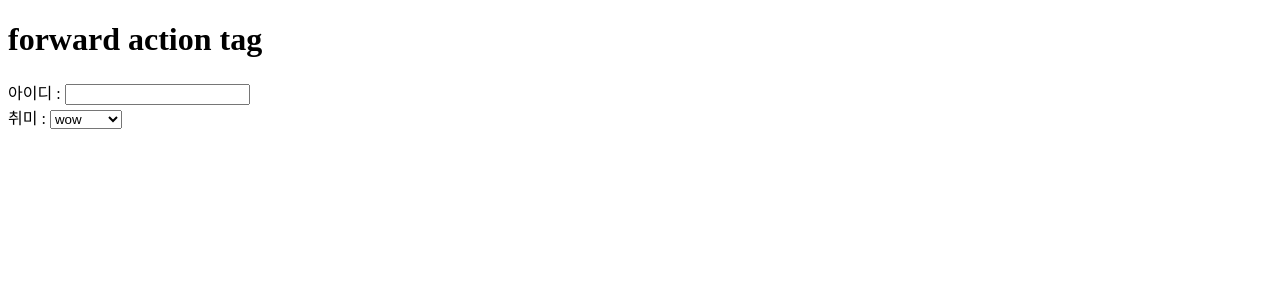
Repository: dongkeyyyy/java
Page: http://localhost/actiontag319/forwardTestForm.jsp
The author's editor kept a copy of each file at every save. The page is drawn from the files as they stood at one save, then again after the next save.
The browser window is 1280 px wide. The pictures show the whole page.
The page is served by Tomcat 9.

Above is the page before, as saved 2021-03-19 01:39:19.

### 0318~0319/Java/actiontag319/WebContent/forwardTestForm.jsp
<%@ page language="java" contentType="text/html; charset=UTF-8"
    pageEncoding="UTF-8"%>
<!DOCTYPE html>
<html>
<head>
<meta charset="UTF-8">
<title>Insert title here</title>
</head>
<body>
	<h1>forward action tag</h1>

	<form method="post" action="forwardTest.jsp"></form>
	아이디 : <input type="text" name="id"><br>
	취미 :
	<select name="hobby">
		<option value="wow">wow</option>
		<option value="만화보기">만화보기</option>
		<option value="게임하기">게임하기</option>
	</select>
</body>
</html>

After the next save:
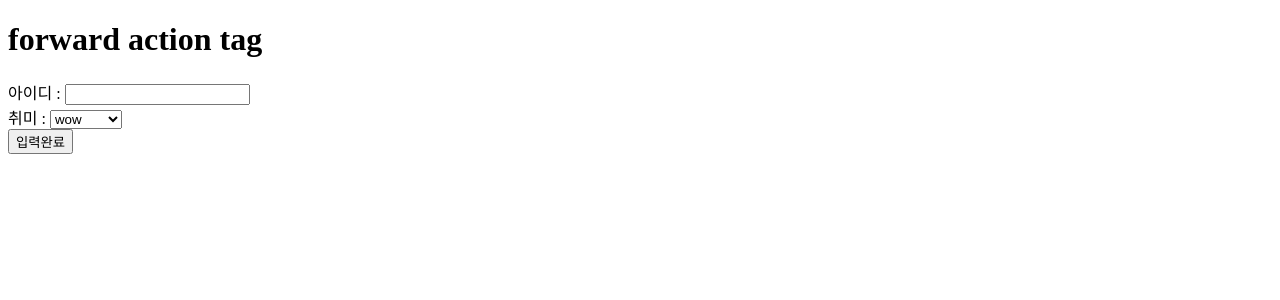
Saved 2 s later.
--- a/0318~0319/Java/actiontag319/WebContent/forwardTestForm.jsp
+++ b/0318~0319/Java/actiontag319/WebContent/forwardTestForm.jsp
@@ -16,6 +16,7 @@
 		<option value="wow">wow</option>
 		<option value="만화보기">만화보기</option>
 		<option value="게임하기">게임하기</option>
-	</select>
+	</select><br>
+	<input type="submit" value="입력완료">
 </body>
 </html>
